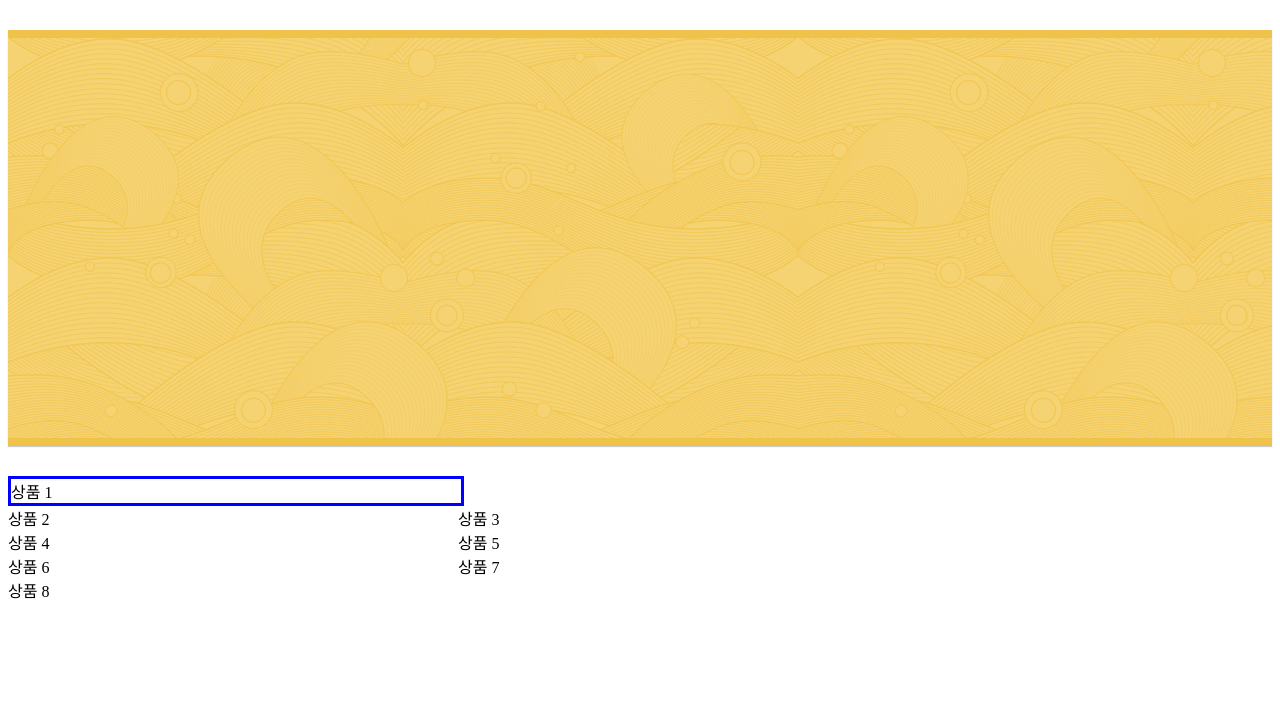
Repository: fellownew/project_workspace
Page: http://localhost/shoppingmall/WEB-INF/view/body/main.jsp
An editor plug-in stored every save of this project. The page is shown before and after the next save, followed by the edit.
The browser window is 1280 px wide. The pictures show the whole page.
The page is served by Tomcat 9. Nobody is signed in. Other server files are loaded and not shown. The template is opened directly, without the code that normally fills it, so the values that code supplies are empty.

Above is the page before, as saved 2015-06-03 08:09:00.

### shoppingmall/WebContent/WEB-INF/view/body/main.jsp
<%@ page contentType="text/html;charset=UTF-8"%>
<%@ taglib prefix="c" uri="http://java.sun.com/jsp/jstl/core"%>
<!DOCTYPE html>
        <link rel="stylesheet" type="text/css" href="<%=request.getContextPath()%>/css/demo.css" />
        <link rel="stylesheet" type="text/css" href="<%=request.getContextPath()%>/css/style.css" />
        <style type="text/css">
			.da-slider{
				background: transparent url('<%=request.getContextPath() %>/image/waves.gif') repeat 0% 0%;
				}
			.da-arrows span:after{
				background: transparent url('<%=request.getContextPath() %>/image/arrows.png') no-repeat top left;
				}
		</style>
		<script type="text/javascript" src="<%=request.getContextPath()%>/script/modernizr.custom.28468.js"></script>
		<script type="text/javascript" src="<%=request.getContextPath()%>/script/jquery.js"></script>
		<script type="text/javascript" src="<%=request.getContextPath()%>/script/jquery.cslider.js"></script>
		<script type="text/javascript">
			$(function() {
				$('#da-slider').cslider();
			});
		</script>

    <body>
        <div class="container">
			<div id="da-slider" class="da-slider">
			   <c:forEach items="${requestScope.productList }" var="product">
					<div class="da-slide">
						<h2>${product.productName }</h2>
						<p>${product.productInfo }</p>
						<a href="productInfo.do?productId=${product.productId }" class="da-link">상품가기</a>
						<div class="da-img"><img src="${product.imagePath }" alt="image01" width="320px" height="320px"/></div>
					</div>
	  		 	</c:forEach>
				<nav class="da-arrows">
					<span class="da-arrows-prev"></span>
					<span class="da-arrows-next"></span>
				</nav>
			</div>
        </div>
		<div id="productTable" style="width:900px;margin:0auto">
			<div style="width:450px;float:left;border-style:solid; ;border-color: blue;">상품 1</div>
			<div style="width:450px;float:left;border-color: blue;">상품 2</div>
			<div style="width:450px;float:left;border-color: blue;">상품 3</div>
			<div style="width:450px;float:left;border-color: blue;">상품 4</div>
			<div style="width:450px;float:left;border-color: blue;">상품 5</div>
			<div style="width:450px;float:left;border-color: blue;">상품 6</div>
			<div style="width:450px;float:left;border-color: blue;">상품 7</div>
			<div style="width:450px;float:left;border-color: blue;">상품 8</div>

		</div>
    </body>

### shoppingmall/WebContent/css/demo.css
@font-face {
    font-weight: normal;
    font-style: normal;
}

.container{
	width: 100%;
	position: relative;
	text-align: center;
}
.clr{
	clear: both;
}
.container > header{
	padding: 20px 30px 10px 30px;
	margin: 0px 20px 10px 20px;
	position: relative;
	display: block;
	text-shadow: 1px 1px 1px rgba(0,0,0,0.2);
    text-align: center;
}
.container > header h1{
	font-size: 35px;
	line-height: 35px;
	position: relative;
	font-weight: 400;
	color: #936975;
	text-shadow: 1px 1px 1px rgba(0,0,0,0.3);
    padding: 0px 0px 5px 0px;
}
.container > header h1 span{
	color: #b19099;
	text-shadow: 0px 1px 1px rgba(255,255,255,0.8);
}
.container > header h2{
	font-size: 16px;
	font-style: italic;
	color: #593741;
	text-shadow: 0px 1px 1px rgba(255,255,255,0.8);
}
/* Header Style */
.codrops-top{
	line-height: 24px;
	font-size: 11px;
	background: rgba(255, 255, 255, 0.6);
	text-transform: uppercase;
	z-index: 9999;
	position: relative;
	box-shadow: 1px 0px 2px rgba(0,0,0,0.2);
}
.codrops-top a{
	padding: 0px 10px;
	letter-spacing: 1px;
	color: #333;
	text-shadow: 0px 1px 1px #fff;
	display: block;
	float: left;
}
.codrops-top a:hover{
	background: #fff;
}
.codrops-top span.right{
	float: right;
}
.codrops-top span.right a{
	float: left;
	display: block;
}

p.codrops-demos{
	text-align:center;
	display: block;
	padding: 14px;
}
p.codrops-demos a,
p.codrops-demos a.current-demo,
p.codrops-demos a.current-demo:hover{
    display: inline-block;
	border: 1px solid #b19099;
	padding: 4px 10px 3px;
	font-size: 13px;
	line-height: 18px;
	margin: 0px 3px;
	font-weight: 800;
	-webkit-box-shadow: 0px 1px 1px rgba(0,0,0,0.1);
	-moz-box-shadow:0px 1px 1px rgba(0,0,0,0.1);
	box-shadow: 0px 1px 1px rgba(0,0,0,0.1);
	color: #fff;
	text-shadow: 1px 1px 1px rgba(0,0,0,0.6);
	-webkit-border-radius: 5px;
	-moz-border-radius: 5px;
	border-radius: 5px;
	background: #b19099;
	background: -moz-linear-gradient(top, #b19099 0%, #936975 100%);
	background: -webkit-gradient(linear, left top, left bottom, color-stop(0%,#b19099), color-stop(100%,#936975));
	background: -webkit-linear-gradient(top, #b19099 0%,#936975 100%);
	background: -o-linear-gradient(top, #b19099 0%,#936975 100%);
	background: -ms-linear-gradient(top, #b19099 0%,#936975 100%);
	background: linear-gradient(top, #b19099 0%,#936975 100%);
	filter: progid:DXImageTransform.Microsoft.gradient( startColorstr='#b19099', endColorstr='#936975',GradientType=0 );
}
p.codrops-demos a:hover{
	background: #b19099;
}
p.codrops-demos a:active{
	-webkit-box-shadow: 0px 1px 1px rgba(255,255,255,0.4);
	-moz-box-shadow: 0px 1px 1px rgba(255,255,255,0.4);
	box-shadow: 0px 1px 1px rgba(255,255,255,0.4);
}
p.codrops-demos a.current-demo,
p.codrops-demos a.current-demo:hover{
	color: #443132;
	text-shadow: 0px 1px 1px rgba(255,255,255,0.3);
}
#testSlide3 {
	display: inline-block;
	border: 1px solid #b19099;
	padding: 4px 10px 3px;
	margin: 0px 3px;
	color: #fff;
	background: #111;
}
/* Media Queries */
@media screen and (max-width: 767px) {
	.container > header{
		text-align: center;
	}
	p.codrops-demos {
		position: relative;
		top: auto;
		left: auto;
	}
}

Loaded but not shown: shoppingmall/WebContent/script/modernizr.custom.28468.js (library); shoppingmall/WebContent/script/jquery.js (library); shoppingmall/WebContent/script/jquery.cslider.js (library); shoppingmall/WebContent/css/style.css (699 lines, source omitted)

After the next save:
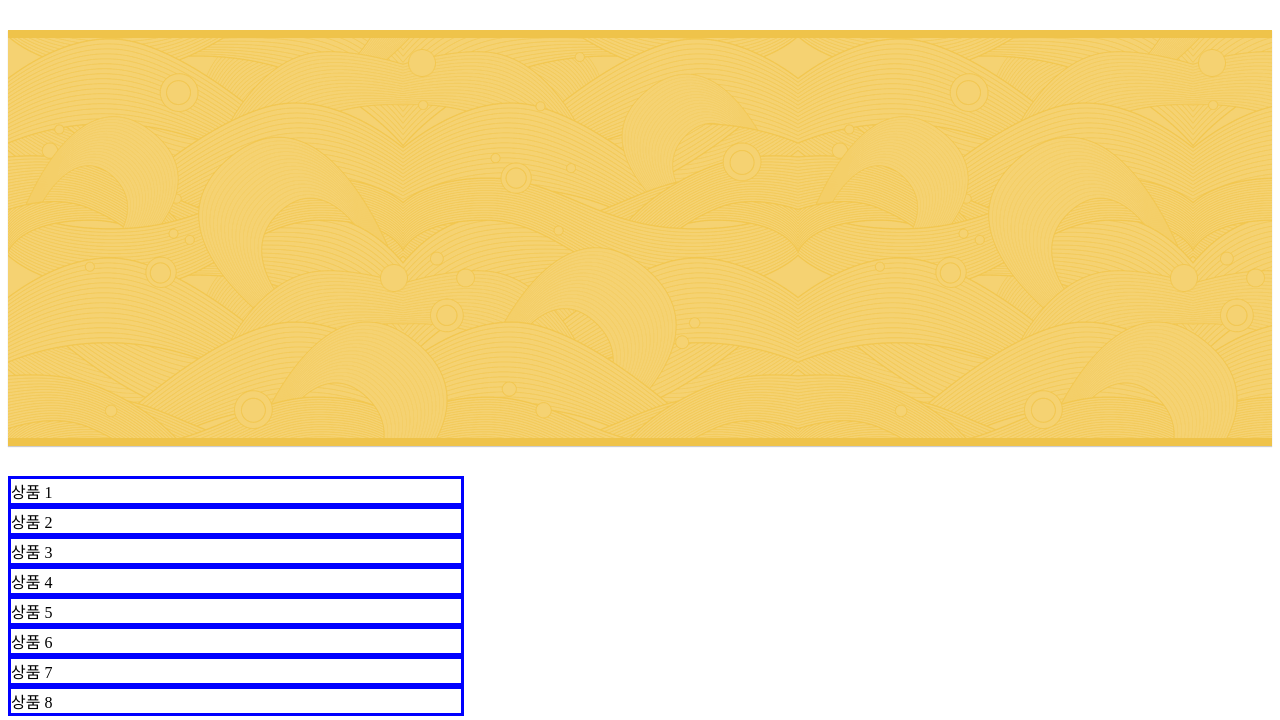
Saved 30 s later.
--- a/shoppingmall/WebContent/WEB-INF/view/body/main.jsp
+++ b/shoppingmall/WebContent/WEB-INF/view/body/main.jsp
@@ -39,13 +39,13 @@
         </div>
 		<div id="productTable" style="width:900px;margin:0auto">
 			<div style="width:450px;float:left;border-style:solid; ;border-color: blue;">상품 1</div>
-			<div style="width:450px;float:left;border-color: blue;">상품 2</div>
-			<div style="width:450px;float:left;border-color: blue;">상품 3</div>
-			<div style="width:450px;float:left;border-color: blue;">상품 4</div>
-			<div style="width:450px;float:left;border-color: blue;">상품 5</div>
-			<div style="width:450px;float:left;border-color: blue;">상품 6</div>
-			<div style="width:450px;float:left;border-color: blue;">상품 7</div>
-			<div style="width:450px;float:left;border-color: blue;">상품 8</div>
+			<div style="width:450px;float:left;border-style:solid; ;border-color: blue;">상품 2</div>
+			<div style="width:450px;float:left;border-style:solid; ;border-color: blue;">상품 3</div>
+			<div style="width:450px;float:left;border-style:solid; ;border-color: blue;">상품 4</div>
+			<div style="width:450px;float:left;border-style:solid; ;border-color: blue;">상품 5</div>
+			<div style="width:450px;float:left;border-style:solid; ;border-color: blue;">상품 6</div>
+			<div style="width:450px;float:left;border-style:solid; ;border-color: blue;">상품 7</div>
+			<div style="width:450px;float:left;border-style:solid; ;border-color: blue;">상품 8</div>
 
 		</div>
     </body>
